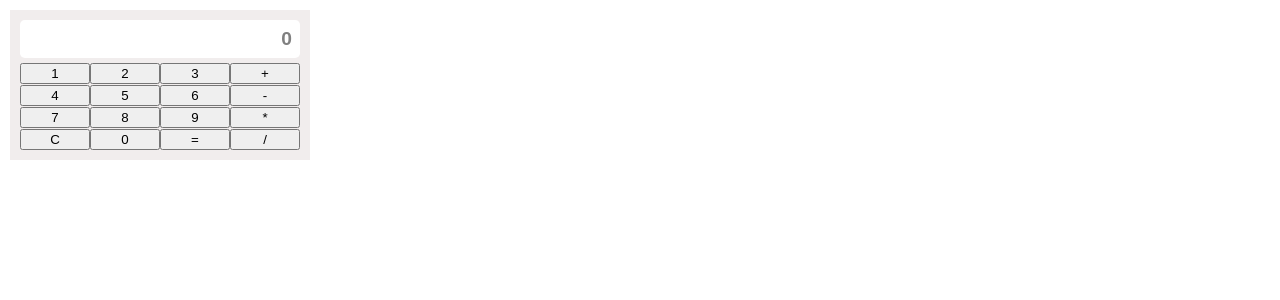
Repository: qudos4real/calculator
Page: /
The author's editor kept a copy of each file at every save. The page is drawn from the files as they stood at one save, then again after the next save.
The browser window is 1280 px wide. The pictures show the whole page.
The project was rebuilt for these pictures with package versions that can differ from the ones it lists, and the page was loaded fresh each time.

Above is the page before, as saved 2022-10-09 13:36:31.

After the next save:
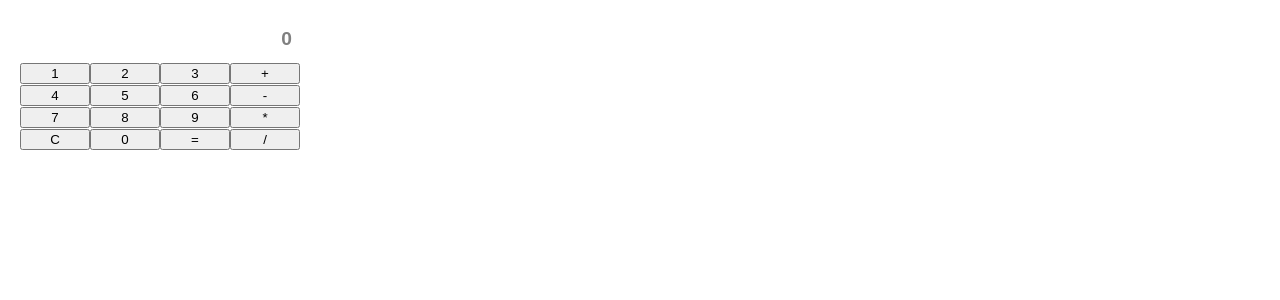
Saved 22 s later.
--- a/src/components/Calculator.css
+++ b/src/components/Calculator.css
@@ -5,7 +5,7 @@
     width: 300px;
     padding: 10px;
     margin: 10px;
-    background-color: rgb(241, 237, 237);
+    background-color: white;
 }
 .num {
     width: 25%;

After the save that followed:
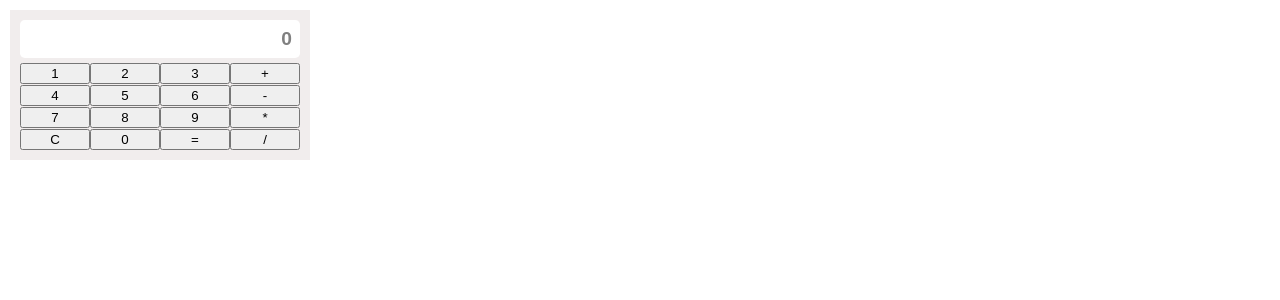
Saved 11 s later.
--- a/src/components/Calculator.css
+++ b/src/components/Calculator.css
@@ -5,7 +5,7 @@
     width: 300px;
     padding: 10px;
     margin: 10px;
-    background-color: white;
+    background-color: rgb(241, 237, 237);
 }
 .num {
     width: 25%;
